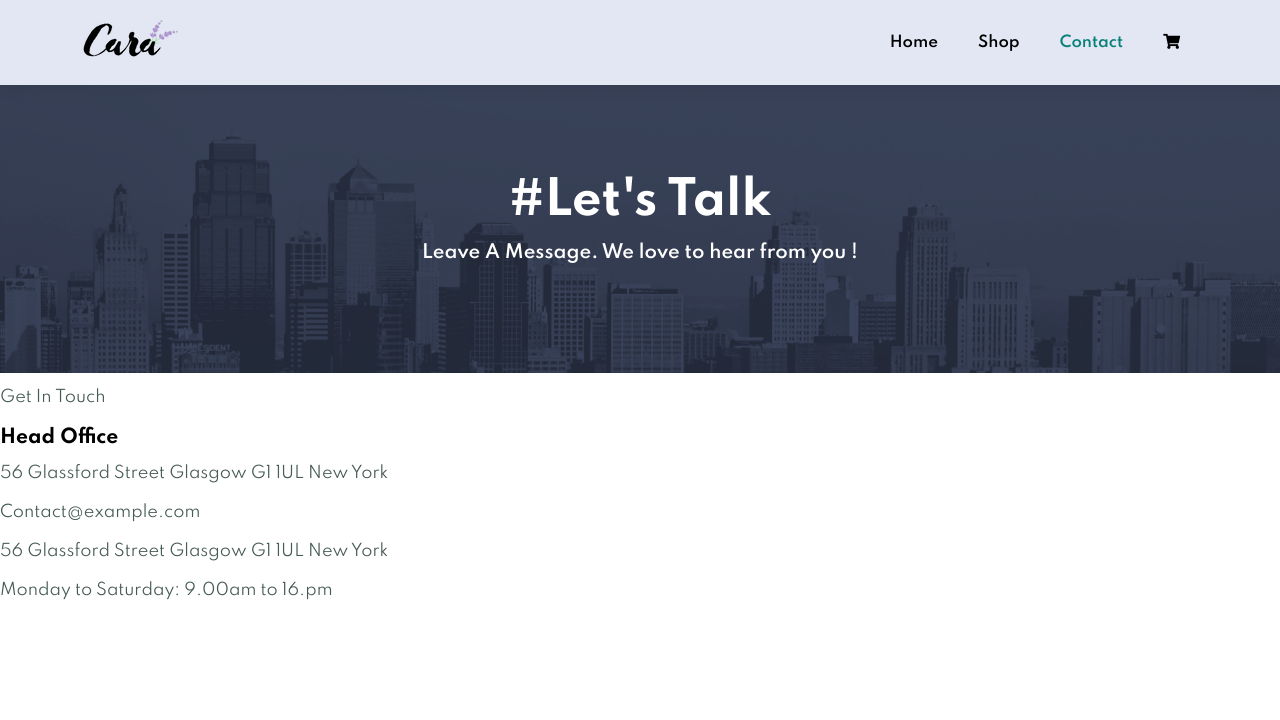
Repository: Daryllgio/E-Commerce-Website-UI
Page: contact.html
An editor plug-in stored every save of this project. The page is shown before and after the next save, followed by the edit.
The browser window is 1280 px wide. The pictures show the whole page.
Some web libraries are served in a nearby version.

Above is the page before, as saved 2025-01-01 22:51:27.

### contact.html
<!DOCTYPE html>
<html lang="en">

<head>
    <meta charset="UTF-8">
    <meta http-equiv="X-UA-Compatible" content="IE=edge">
    <meta name="viewport" content="width=device-width, initial-scale=1.0">
    <title>Document</title>

    <link rel="stylesheet" href="https://pro.fontawesome.com/releases/v5.10.0/css/all.css" />

    <link rel="stylesheet" href="style.css">
</head>

<body>
    <section id="header">
        <a href="#"><img src="img/logo.png" id="logo" class="logo" alt=""></a>

        <div>
            <ul id="navbar">
                <li>
                    <a href="index.html">Home</a>
                </li>
                <li>
                    <a href="shop.html">Shop</a>
                </li>
                <li>
                    <a class="active" href="contact.html">Contact</a>
                </li>
                <li>
                    <a href="cart.html"><i class="fa fa-shopping-cart" aria-hidden="true"></i></a>
                </li>

            </ul>
        </div>
    </section>
    <section id="ContactPageheader" class="section-p1">
        <h2>#Let's Talk</h2>
        <p>Leave A Message. We love to hear from you !</p>
    </section>
    <section>
        <div>
            <p>
                Get In Touch
            </p>
            <h3>
                Head Office
            </h3>
            <div>
                <p>
                    56 Glassford Street Glasgow G1 1UL New York
                </p>
            </div>
            <div>
                <p>
                    Contact@example.com
                </p>
            </div>
            <div>
                <p>
                    56 Glassford Street Glasgow G1 1UL New York
                </p>
            </div>
            <div>
                <p>
                    Monday to Saturday: 9.00am to 16.pm
                </p>
            </div>
        </div>
    </section>


    <script src="script.js"></script>

</body>

</html>

### style.css
@import url("https://fonts.googleapis.com/css2?family=Spartan:wght@100;200;300;400;500;600;700;800;900&display=swap");

* {
  margin: 0;
  padding: 0;
  box-sizing: border-box;
  font-family: "Spartan", sans-serif;
}

html {
  scroll-behavior: smooth;
}

/* Global Styles */

h1 {
  font-size: 50px;
  line-height: 64px;
  color: #222;
}

h2 {
  font-size: 46px;
  line-height: 54px;
  color: #222;
}

h4 {
  font-size: 20px;
  color: #222;
}

h6 {
  font-weight: 700;
  font-size: 12px;
}

p {
  font-size: 16px;
  color: #465b52;
  margin: 15px 0 20px 0;
}

.section-p1 {
  padding: 40px 80px;
}

.section-m1 {
  margin: 40px 0;
}

button.normal {
  font-size: 14px;
  font-weight: 400;
  padding: 15px 20px;
  border-radius: 5px;
  cursor: pointer;
  border: none;
  outline: none;
  transition: 0.3s;
}

body {
  width: 100%;
}

#header {
  display: flex;
  align-items: center;
  justify-content: space-between;
  padding: 20px 80px;
  background: #E3E6F3;
  box-shadow: 0 5px 15px rgba(0, 0, 0, 0.06);
  position: sticky;
  top: 0;
  left: 0;

}



#navbar {
  display: flex;
  align-items: center;
  justify-content: center;
}

#navbar li {
  list-style: none;
  padding: 0px 20px;
}

#navbar li a {
  text-decoration: none;
  font-size: 15px;
  font-weight: 600;
  color: #000;
  transition: 0.3s ease;
}

#navbar li a:hover,
#navbar li a.active {
  color: #088178;
}

#HomeHeaderContent {
  background-image: url("img/hero4.png");
  height: 90vh;
  width: 100%;
  background-size: cover;
  background-position: top 25% right 0;
  padding: 0 80px;
  align-items: flex-start;
  display: flex;
  flex-direction: column;
  justify-content: center;
}

#HomeHeaderContent h4 {
  margin-bottom: 10px;
}

#HomeHeaderContent h1 {
  color: #088178;
}

#HomeHeaderContent button {
  color: #088178;
  background-image: url("img/button.png");
  font-size: 15px;
  font-weight: 600;
  background-color: transparent;
  border: 0;
  padding: 14px 80px 14px 65px;
  background-repeat: no-repeat;
  cursor: pointer;
}

#Features {
  display: flex;
  justify-content: space-between;
}

#Features .fe-box {
  width: 200px;
  text-align: center;
  padding: 35px 25px;
  border: 1px solid #cce7d0;
  box-shadow: 20px 20px 34px rgba(0, 0, 0, 0.03);
  border-radius: 10px;
}

#Features .fe-box:hover {
  box-shadow: 10px 10px 54px rgba(0, 0, 0, 0.1);
}

#Features .fe-box img {
  margin-bottom: 10px;
}

#Features .fe-box h6 {
  font-size: 13px;
  display: inline-block;
  line-height: 1;
  border-radius: 4px;
  color: #088178;
  background-color: #fddde4;
  padding: 9px 8px 6px 8px;
}

#Features .fe-box:nth-child(2) h6 {
  background-color: #cdebbc;
}

#Features .fe-box:nth-child(3) h6 {
  background-color: #d1e8f2;
}

#Features .fe-box:nth-child(4) h6 {
  background-color: #cdd4f8;
}

#Features .fe-box:nth-child(5) h6 {
  background-color: #f6dbf6;
}

#Features .fe-box:nth-child(6) h6 {
  background-color: #fff2e5;
}

#product1 {
  text-align: center;
}

#product1 .pro {
  width: 23%;
  min-width: 250px;
  padding: 10px 25px;
  border: 1px solid #f0f0f0;
  border-radius: 20px;
  cursor: pointer;
  box-shadow: 20px 20px 30px rgba(0, 0, 0, 0.02);
  transition: 0.3s ease;
}

#product1 .pro:hover {
  box-shadow: 20px 20px 30px rgba(0, 0, 0, 0.06);

}

#product1 .pro img {
  width: 100%;
  border-radius: 20px;
}

#product1 .pro .des {
  text-align: start;
  padding: 10px 0;
}

#product1 .pro .des span {
  color: #606063;
  font-size: 12px;
}

#product1 .pro .des h5 {
  color: #1a1a1a;
  font-size: 14px;
  padding-top: 7px;
}

#product1 .pro .des .fa-star {
  color: rgb(243, 181, 25);
  font-size: 12px;
}

#product1 .pro .des h4 {
  font-size: 16px;
  padding-top: 7px;
  font-weight: 700;
  color: #088178;

}

#product1 .pro .Shop {
  display: flex;
  justify-content: space-between;
}

#product1 .pro .des .fa-shopping-cart {
  width: 40px;
  height: 40px;
  line-height: 40px;
  border-radius: 50px;
  font-size: 17px;
  background-color: #e8f6ea;
  font-weight: 500;
  color: #088178;
  border: 1px solid #cce7d0;
  text-align: center;
}

#product1 .pro-container {
  display: flex;
  justify-content: space-between;
  padding: 20px;
  flex-wrap: wrap;
}


#banner {
  background-image: url("img/banner/b2.jpg");
  height: 40vh;
  width: 100%;
  background-size: cover;
  background-position: top 25% right 0;
  padding: 0 80px;
  text-align: center;
  display: flex;
  flex-direction: column;
  align-items: center;
  justify-content: center;
}

#banner p {
  font-size: 15px;
  margin-bottom: 15px;
  font-weight: 400;
  color: #ffffff;
}

#banner h2 {
  color: #fff;
  margin-bottom: 15px;
}

#banner span {
  color: red;
}

#banner button:hover {
  color: #fff;
  background-color: #088178;
}



#sm-banner {
  display: flex;
  justify-content: space-between;
  flex-wrap: wrap;
  margin-bottom: 10px;
}

#sm-banner .banner-box {
  background-image: url("img/banner/b17.jpg");
  height: 50vh;
  min-width: 620px;
  background-size: cover;
  padding: 0 20px;
  display: flex;
  flex-direction: column;
  align-items: flex-start;
  justify-content: center;

}

#sm-banner .banner-box:nth-child(2) {
  background-image: url("img/banner/b10.jpg");
}

#sm-banner p {
  font-size: 20px;
  color: #fff;
}

#sm-banner h2 {
  color: #fff;
}

#sm-banner span {
  font-size: 17px;
  color: #fff;
  margin-top: 15px;
}

#sm-banner button {
  margin-top: 25px;
  background-color: transparent;
  color: #fff;
  border: 1px solid #fff;
  transition: 0.3s ease;

}

#sm-banner button:hover {
  border: 0;
  background-color: #088178;
}




#sm-banner2 {
  display: flex;
  justify-content: space-between;
}

#sm-banner2 .banner-box {
  background-image: url("img/banner/b7.jpg");
  height: 30vh;
  width: 420px;
  background-size: cover;
  padding: 0 20px;
  display: flex;
  flex-direction: column;
  align-items: flex-start;
  justify-content: center;
  overflow: hidden;

}

#sm-banner2 .banner-box:nth-child(2) {
  background-image: url("img/banner/b4.jpg");
}

#sm-banner2 .banner-box:nth-child(3) {
  background-image: url("img/banner/b18.jpg");
}

#sm-banner2 h3 {
  font-size: 28px;
  color: #fff;
}

#sm-banner2 span {
  font-size: 17px;
  color: #fff;
  font-weight: 600;
  margin-top: 15px;
}

#sm-NewsLetter {
  background-image: url("img/banner/b14.png");
  background-repeat: no-repeat;
  height: 20vh;
  width: 100%;
  background-size: cover;
  background-position: top 25% right 30%;
  background-color: #041e42;
}

#sm-NewsLetter .Newsletters-Container {
  justify-content: space-between;
  padding: 0 10px;
  display: flex;
  flex-direction: row;
  align-items: center;
}

#sm-NewsLetter .Newsletters-Container h3 {
  color: #fff;
  font-size: 24px;
}

#sm-NewsLetter .Newsletters-Container p {
  color: #fff;
}

#sm-NewsLetter .Newsletters-Container span {
  color: rgb(243, 181, 25);
}

#sm-NewsLetter .Newsletters-Input {
  display: flex;
}

#sm-NewsLetter input {
  width: 400px;
  border: 0;
  border-radius: 5px;
  border-top-right-radius: 0;
  border-bottom-right-radius: 0;
  height: 55px;
  padding-left: 30px;
  font-size: 16px;
}

#sm-NewsLetter button {
  width: 150px;
  height: 55px;
  font-size: 16px;
  color: #fff;
  background-color: #088178;
  border: 0;
  border-radius: 5px;
  border-top-left-radius: 0;
  border-bottom-left-radius: 0;
}

#Footer {
  display: flex;
  flex-direction: row;
  justify-content: space-between;
}

#Footer .Footer-box {
  display: flex;
  flex-direction: column;
}

#Footer a {
  margin-bottom: 10px;
  text-decoration: none;
  color: #000;
}



#Footer h3 {
  margin-bottom: 10px;
}

#Footer .Social-Icons {
  display: flex;
  flex-direction: row;
  align-items: center;
}

#Footer i {
  margin-right: 10px;
}

#Footer span {
  font-weight: 600;
}

#Footer p {
  margin-bottom: 10px;
}

#Footer .pay {
  border: 1px solid #088178;
  border-radius: 10px;
}

#copyright p {
  text-align: center;
  font-size: 17px;
  font-weight: 400;
}

#ShopPageheader {
  background-image: url("img/banner/b1.jpg");
  height: 40vh;
  width: 100%;
  background-size: cover;
  background-position: top 25% right 0;
  padding: 0 80px;
  text-align: center;
  display: flex;
  flex-direction: column;
  align-items: center;
  justify-content: center;
}

#ShopPageheader h2 {
  color: #fff;
}

#ShopPageheader p {
  color: #fff;
  font-size: 18px;
  font-weight: 600;
}

#ShopPagePagination {
  display: flex;
  align-items: center;
  justify-content: center;
  margin-bottom: 20px;
}

#ShopPagePagination a {
  padding: 20px 25px;
  align-items: center;
  text-align: center;
  background-color: #088178;
  font-size: 15px;
  font-weight: 600;
  border: 0;
  text-decoration: none;
  border-radius: 10px;
  margin-right: 10px;
  color: #fff;
}

#ShopPagePagination a i {
  font-size: 18px;
}

.dropdown-content {
  display: none;
  position: absolute;
  background-color: #f9f9f9;
  min-width: 160px;
  box-shadow: 0px 8px 16px rgba(0, 0, 0, 0.2);
  z-index: 1;
}

.dropdown-content a {
  color: black;
  padding: 12px 16px;
  text-decoration: none;
  display: block;
}

.dropdown-content a:hover {
  background-color: #f1f1f1;
}

#Product-Detail-Container {
  display: flex;
  padding: 0 80px;
  margin-top: 30px;
}

#Product-Detail-Container .OptionContainer {
  display: flex;
  align-items: center;
  flex-direction: column;
  margin-right: 30px;
}

#Product-Detail-Container .OptionSubContainer {
  display: flex;
  justify-content: flex-start;
}



#MainImg {
  width: 590px;
  height: 60vh;
  margin-bottom: 10px;
}

#Product-Detail-Container .option {
  width: 140px;
  height: 20vh;
  margin-right: 10px;
  cursor: pointer;
}

#Product-Detail-Container .Product-Category {
  margin-bottom: 20px;
}

#Product-Detail-Container .Product-Price {
  margin-bottom: 20px;
}

#Product-Detail-Container .dropdown-btn {
  padding: 12px 25px;
  border: 1px solid;
  border-radius: 5px;
  background-color: transparent;
}

#Product-Detail-Container .Product-Num-Container {
  display: flex;
  align-items: center;
  margin-top: 10px;
  margin-bottom: 50px;
}

#Product-Detail-Container .Size-btn {
  padding: 12px 25px;
  border: 1px solid;
  border-radius: 5px;
  text-align: center;
  margin-right: 10px;
  background-color: #fff;
}

#Product-Detail-Container .AddToCart-btn {
  padding: 16px 25px;
  border: 0;
  border-radius: 7px;
  text-align: center;
  background-color: #088178;
  color: #fff;
  font-size: 15px;
  font-weight: 600;
}


#Product-Detail-Container .Product-Detail-Header {
  color: #000;
  font-size: 22px;
  font-weight: 600;
}

#Product-Detail-Container .Product-Details {
  color: #000;
  line-height: 25px;
}

#ContactPageheader {
  background-image: url("img/about/banner.png");
  height: 40vh;
  width: 100%;
  background-size: cover;
  background-position: top 25% right 0;
  padding: 0 80px;
  text-align: center;
  display: flex;
  flex-direction: column;
  align-items: center;
  justify-content: center;
}

#ContactPageheader h2 {
  color: #fff;
}

#ContactPageheader p {
  color: #fff;
  font-size: 18px;
  font-weight: 600;
}

### script.js
// Script for navigation bar
function toggleDropdown(dropdownId) {
    const dropdown = document.getElementById(dropdownId);
    const isOpen = dropdown.style.display === "block";
    closeAllDropdowns(); // Close any other open dropdowns
    dropdown.style.display = isOpen ? "none" : "block";
}

function closeAllDropdowns() {
    const dropdowns = document.querySelectorAll(".dropdown-content");
    dropdowns.forEach(dropdown => {
        dropdown.style.display = "none";
    });
}

function updateButtonText(dropdownId, selectedItem) {
    const dropdown = document.getElementById(dropdownId);
    const button = dropdown.previousElementSibling; // Select the button associated with the dropdown
    button.textContent = selectedItem.textContent; // Update button text with the selected item's text
    dropdown.style.display = "none"; // Close the dropdown after selection
}

// Close dropdowns when clicking outside
document.addEventListener("click", function (event) {
    if (!event.target.matches(".dropdown-btn") && !event.target.matches(".Size-btn")) {
        closeAllDropdowns();
    }
});

After the next save:
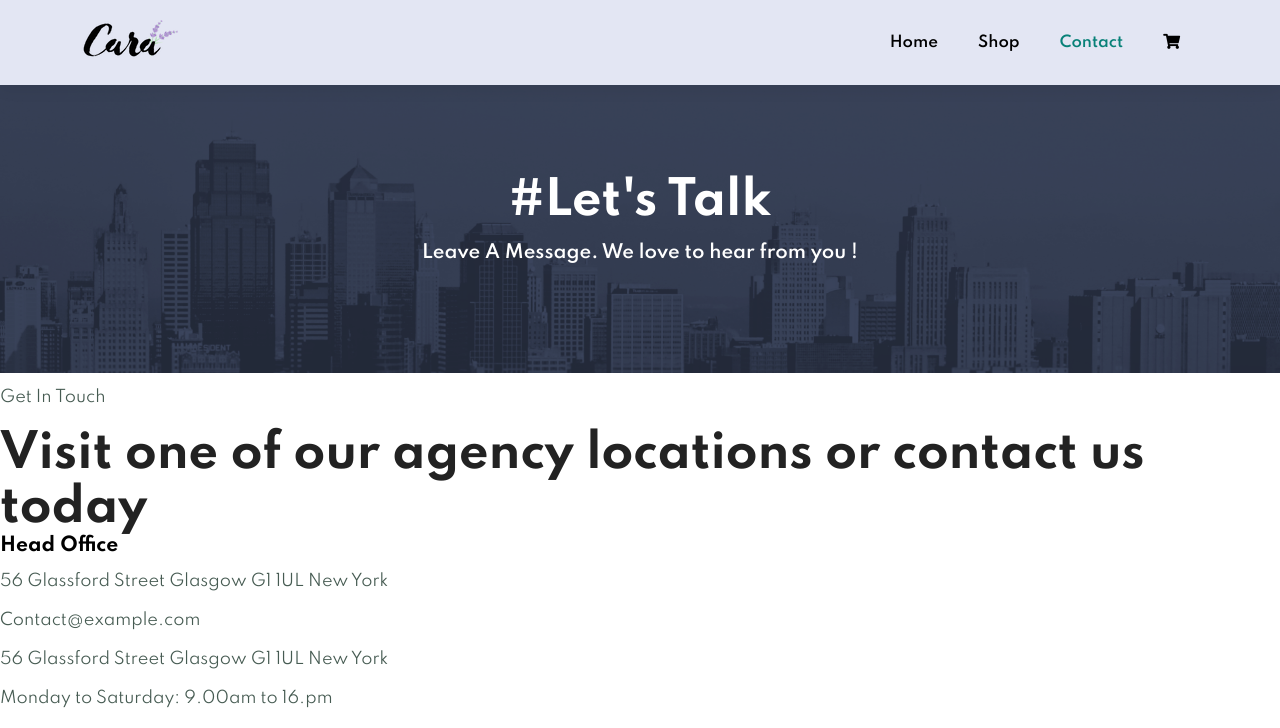
Saved 50 s later.
--- a/contact.html
+++ b/contact.html
@@ -43,6 +43,9 @@
             <p>
                 Get In Touch
             </p>
+            <h2>
+                Visit one of our agency locations or contact us today
+            </h2>
             <h3>
                 Head Office
             </h3>
